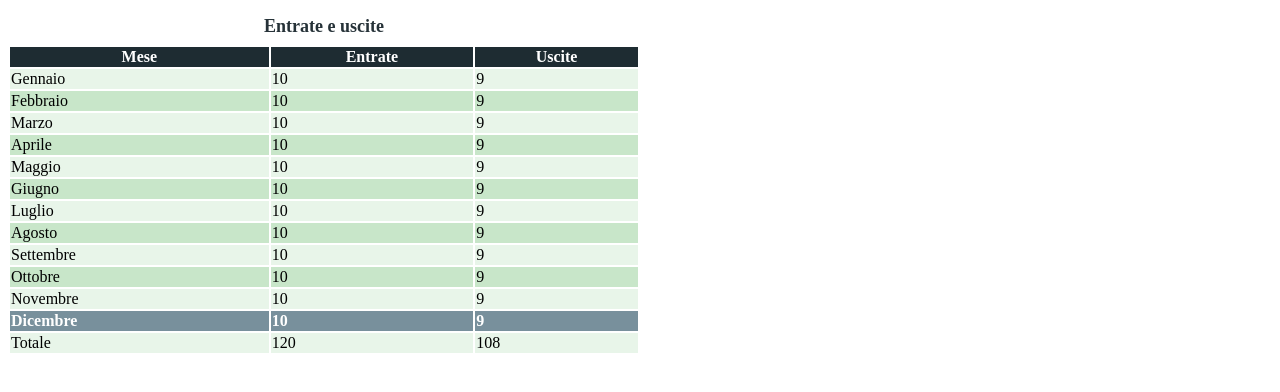
Repository: CryptoFamilyNFT/develhope
Page: css/tabellaCSS/index.html
The author's editor kept a copy of each file at every save. The page is drawn from the files as they stood at one save, then again after the next save.
The browser window is 1280 px wide. The pictures show the whole page.

Above is the page before, as saved 2024-11-08 12:01:02.

After the next save:
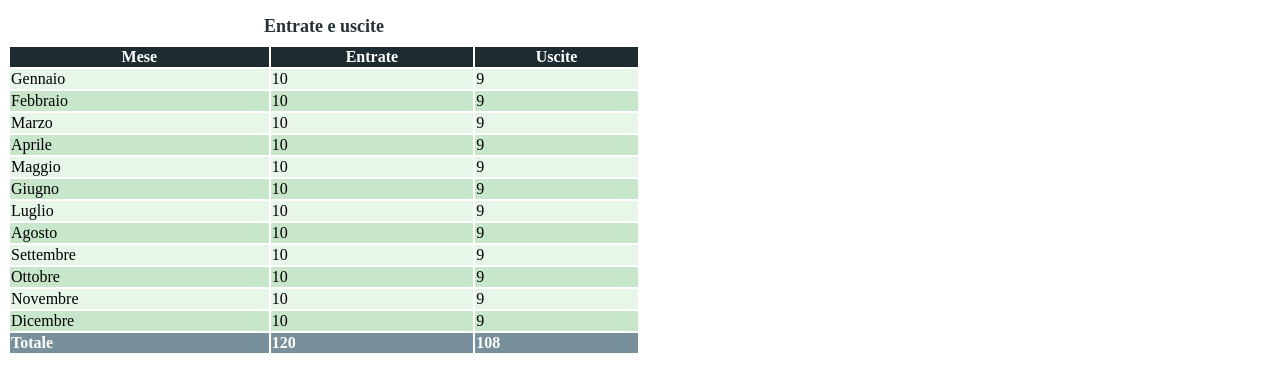
Saved 66 s later.
--- a/css/tabellaCSS/style.css
+++ b/css/tabellaCSS/style.css
@@ -27,7 +27,7 @@ tr:nth-child(odd) {
     background-color: #e8f5e9;
 }
 
-tbody > tr:last-child {
+tfoot > tr:last-child {
     background-color: #78909c;
     color: white;
     font-weight: 800;
